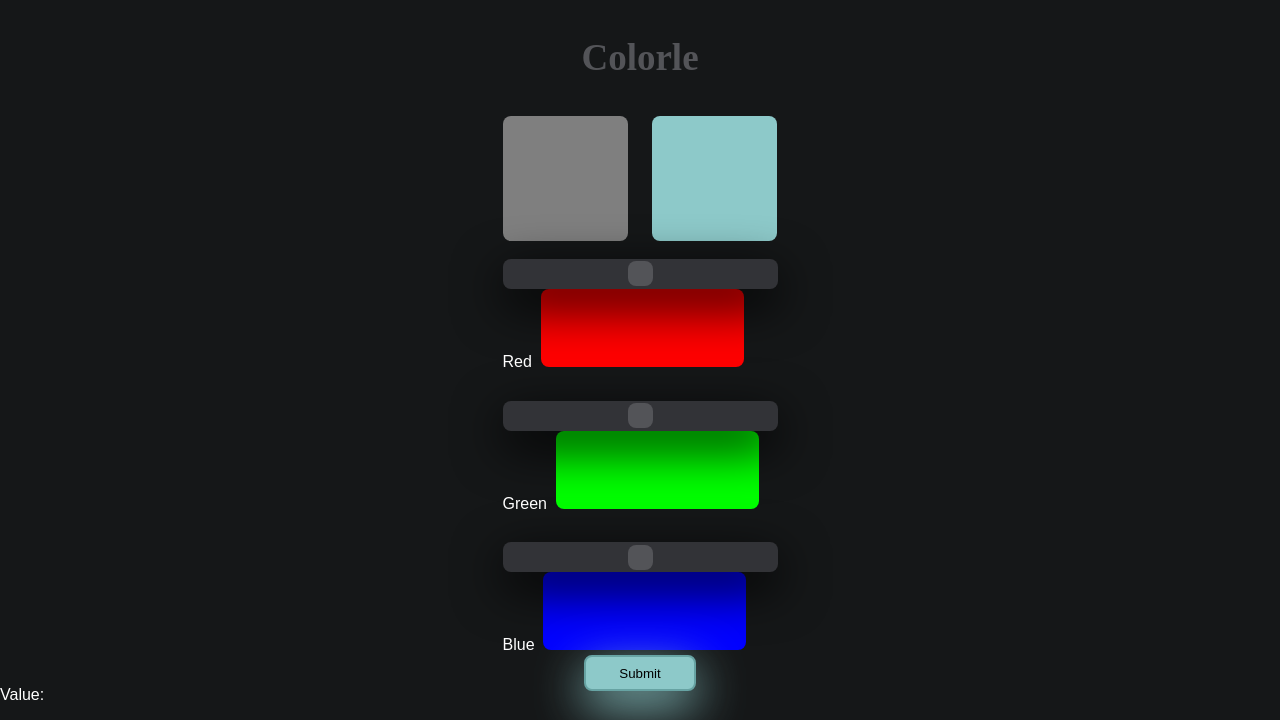
Repository: Artem-Melnik/Colorle
Page: index.html
The author's editor kept a copy of each file at every save. The page is drawn from the files as they stood at one save, then again after the next save.
The browser window is 1280 px wide. The pictures show the whole page.
The pointer rests on the first visible `#submitButton`.

Above is the page before, as saved 2022-05-14 17:16:52.

After the next save:
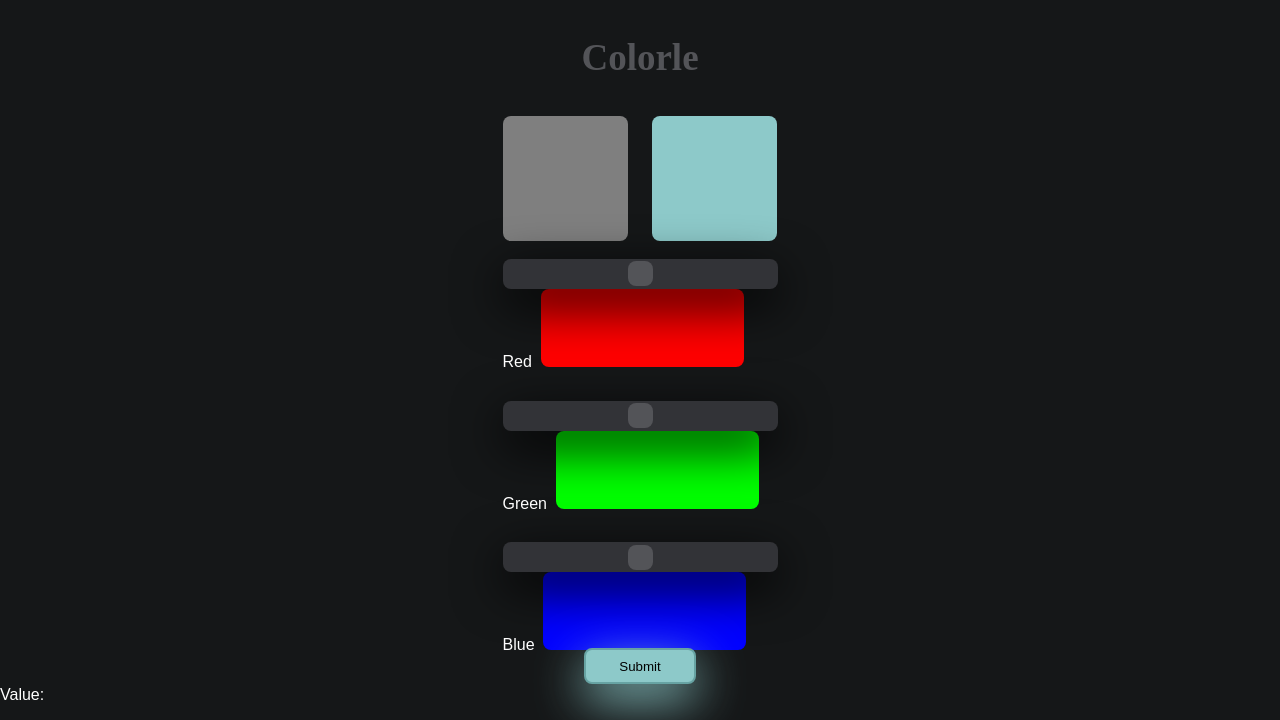
Saved 30 s later.
--- a/styles.css
+++ b/styles.css
@@ -224,4 +224,5 @@ body {
   border: 2px solid;
   border-radius: 8px;
   filter: drop-shadow(0px 15px 25px #8dc9c9);
-}
+  transform: translateY(-7px);
+}
